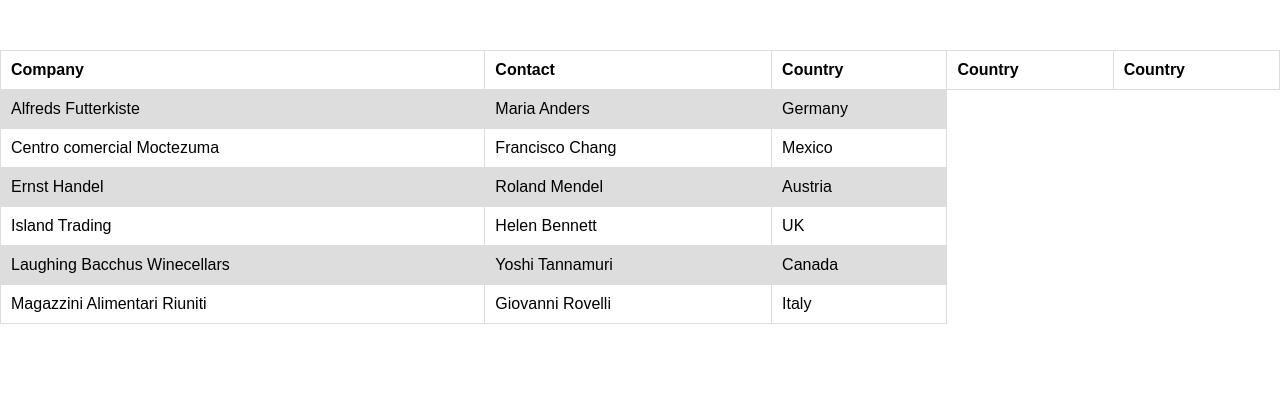
Repository: Seryozha02/ApiRequests
Page: index.html
These files come from the project's save history. The page is drawn as it stood at one moment and after the next save; the edit follows.
The browser window is 1280 px wide. The pictures show the whole page.

Above is the page before, as saved 2022-09-22 21:16:45.

### index.html
<!DOCTYPE html>
<html lang="en">
<head>
    <meta charset="UTF-8">
    <meta http-equiv="X-UA-Compatible" content="IE=edge">
    <meta name="viewport" content="width=device-width, initial-scale=1.0">
    <title>Request's</title>
    <link rel="stylesheet" href="style.css">
</head>
<body>
    <table class="requests">
        <tr>
          <th>Company</th>
          <th>Contact</th>
          <th>Country</th>
          <th>Country</th>
          <th>Country</th>
        </tr>
        <tr>
          <td>Alfreds Futterkiste</td>
          <td>Maria Anders</td>
          <td>Germany</td>
        </tr>
        <tr>
          <td>Centro comercial Moctezuma</td>
          <td>Francisco Chang</td>
          <td>Mexico</td>
        </tr>
        <tr>
          <td>Ernst Handel</td>
          <td>Roland Mendel</td>
          <td>Austria</td>
        </tr>
        <tr>
          <td>Island Trading</td>
          <td>Helen Bennett</td>
          <td>UK</td>
        </tr>
        <tr>
          <td>Laughing Bacchus Winecellars</td>
          <td>Yoshi Tannamuri</td>
          <td>Canada</td>
        </tr>
        <tr>
          <td>Magazzini Alimentari Riuniti</td>
          <td>Giovanni Rovelli</td>
          <td>Italy</td>
        </tr>
      </table>
</body>
<script src="script.js"></script>
</html>

### style.css
* {
        margin: 0;
        padding: 0;
        box-sizing: border-box;
}

.requests {
    font-family: arial, sans-serif;
    border-collapse: collapse;
    width: 100%;
    margin-top: 50px;
  }

  td, th {
    border: 1px solid #dddddd;
    text-align: left;
    padding: 10px;

  }

  tr:nth-child(even) {
    background-color: #dddddd;
  }

Loaded but not shown: script.js (no copy from this time; the picture is the same without it)

After the next save:
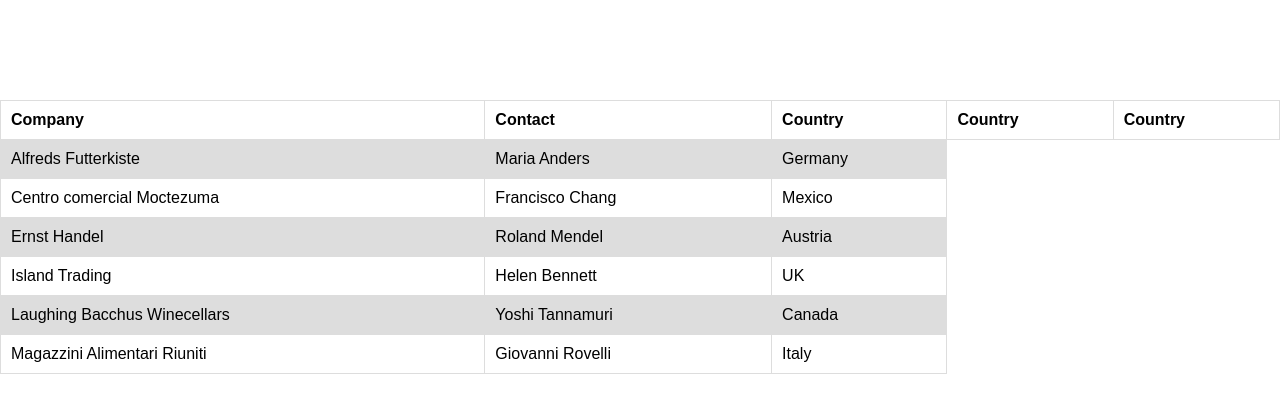
Saved 8 s later.
--- a/style.css
+++ b/style.css
@@ -8,7 +8,7 @@
     font-family: arial, sans-serif;
     border-collapse: collapse;
     width: 100%;
-    margin-top: 50px;
+    margin-top: 100px;
   }
 
   td, th {
